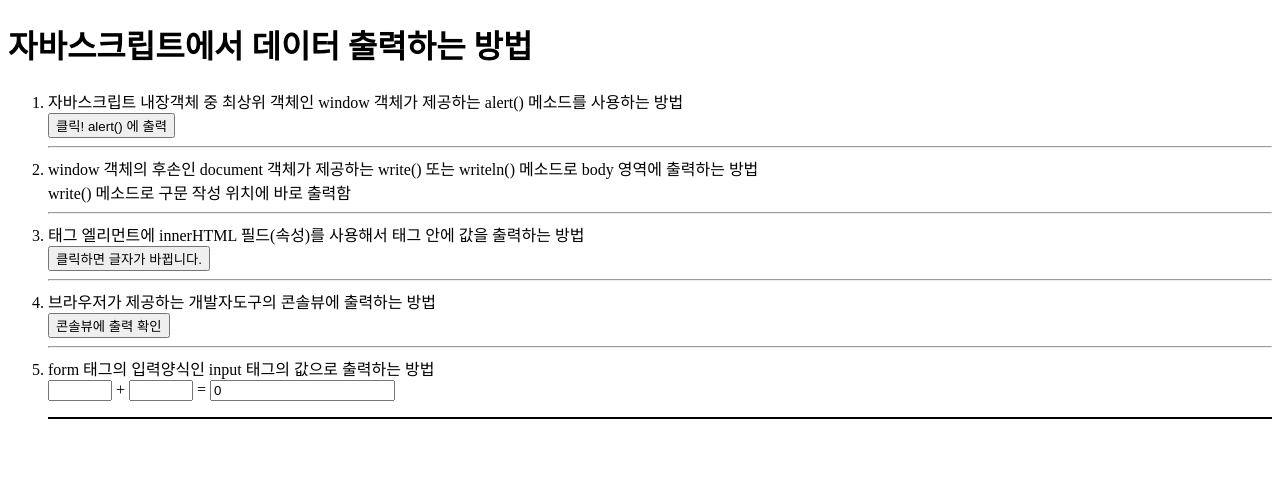
Repository: bianchi112/ict-data
Page: web_workspace/testJavaScriptProject/src/main/webapp/views/testjs/sample2.html
These files come from the project's save history. The page is drawn as it stood at one moment and after the next save; the edit follows.
The browser window is 1280 px wide. The pictures show the whole page.

Above is the page before, as saved 2024-09-03 03:44:04.

After the next save:
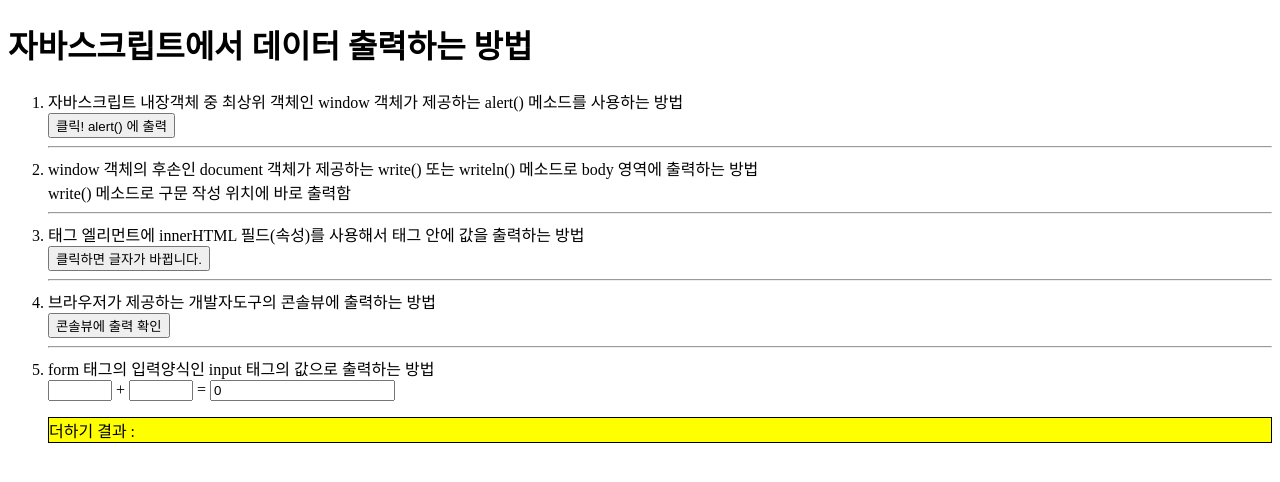
Saved 20 s later.
--- a/web_workspace/testJavaScriptProject/src/main/webapp/views/testjs/sample2.html
+++ b/web_workspace/testJavaScriptProject/src/main/webapp/views/testjs/sample2.html
@@ -45,7 +45,10 @@
 	<input type="number" id="num1" vlaue="0" min="0" max="100"> +
 	<input type="number" id="num2" vlaue="0" min="0" max="100"> =
 	<input type="number" id="result" value="0"> <br>
-	<p id="demo4" style="border:1px solid black; background:yellow;"></p>
+	<p id="demo4" style="border:1px solid black; background:yellow;">
+	더하기 결과 :
+	</p>
+
 </ol>
 </body>
 </html>
